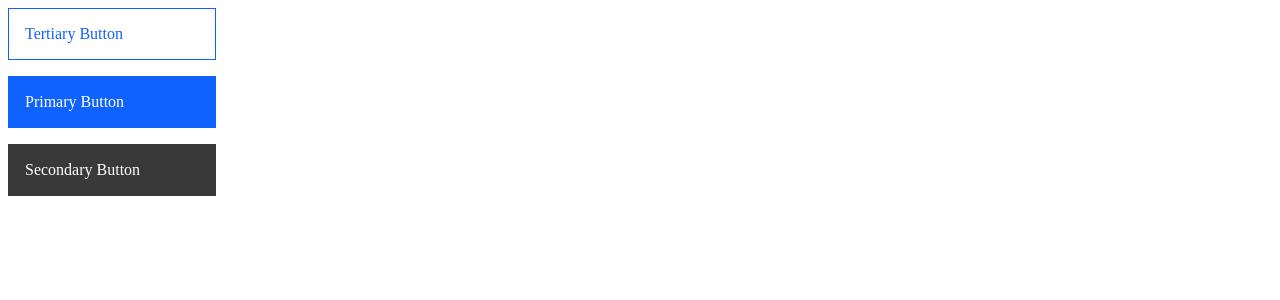
Repository: prav10194/ibm-carbon-components-vanilla
Page: buttons/index.html
An editor plug-in stored every save of this project. The page is shown before and after a run of saves, followed by the edit.
The browser window is 1280 px wide. The pictures show the whole page.
The pointer rests on the first visible `.secondary-button`.
Some web fonts or font styles are not loaded; a fallback is used.

Above is the page before, as saved 2020-11-12 19:42:42.

### buttons/index.html
<!DOCTYPE html>
<html lang="en">
<head>
    <meta charset="UTF-8">
    <meta name="viewport" content="width=device-width, initial-scale=1.0">
    <link rel="shortcut icon" href="./assets/ibm--cloud.svg" />
    <link rel="stylesheet" href="./node_modules/@ibm/plex/css/ibm-plex-sans-kr.css">
    <link rel="stylesheet" href="./node_modules/@ibm/plex/css/ibm-plex.css">
    <link rel="stylesheet" href="./index.css">
    <title>Button examples</title>
</head>
<style>
    .buttondiv > *:not(:first-child) {
        margin-top: 1rem;
    }
</style>
<body>
    <div class="buttondiv" style="display: flex; flex-direction: column;">
        <div class="tertiary-button">Tertiary Button</div>
        <div class="primary-button">Primary Button</div>
        <div class="secondary-button">Secondary Button</div>
    </div>
</body>
</html>

### buttons/index.css
.tertiary-button {
    font-size: 1rem;
    border: 1px solid #0f62fe;
    color: #0f62fe;
    padding: 1rem 4rem 1rem 1rem;
    width: 10%;
    font-family: IBM Plex Sans;
}

.tertiary-button:hover {
    background-color: #0f62fe;
    color: white;
    cursor: pointer;
}

.primary-button {
    font-size: 1rem;
    border: 1px solid #0f62fe;
    background-color: #0f62fe;
    color: white;
    padding: 1rem 4rem 1rem 1rem;
    width: 10%;
    font-family: IBM Plex Sans;
}

.primary-button:hover {
    /* background-color: #0f62fe; */
    /* color: white; */
    background-color: #0d58e4;
    cursor: pointer;
}

.secondary-button {
    font-size: 1rem;
    border: 1px solid #393939;
    background-color: #393939;
    color: white;
    padding: 1rem 4rem 1rem 1rem;
    width: 10%;
    font-family: IBM Plex Sans;
}

Loaded but not shown: fonts/node_modules/@ibm/plex/css/ibm-plex-sans-kr.css (library); fonts/node_modules/@ibm/plex/css/ibm-plex.css (library)

After the next 2 saves:
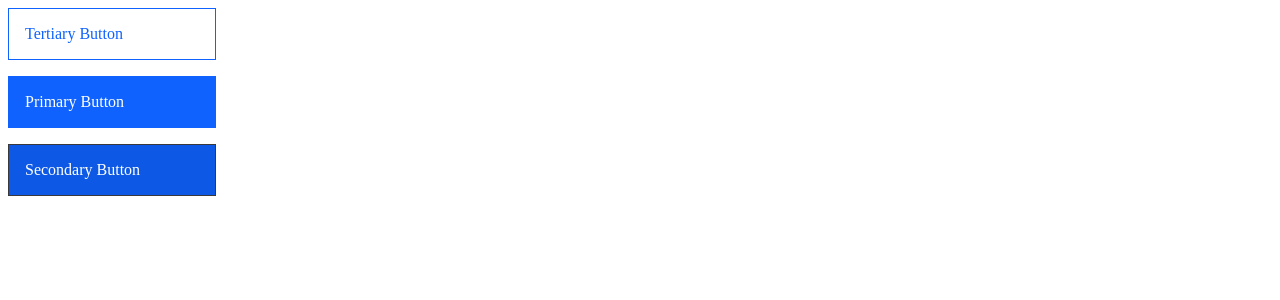
The 2 saves are shown as one change because they came seconds apart.
The last was saved 22 s later.
--- a/buttons/index.css
+++ b/buttons/index.css
@@ -39,3 +39,10 @@
     width: 10%;
     font-family: IBM Plex Sans;
 }
+
+.secondary-button:hover {
+    /* background-color: #0f62fe; */
+    /* color: white; */
+    background-color: #0d58e4;
+    cursor: pointer;
+}

After the save that followed:
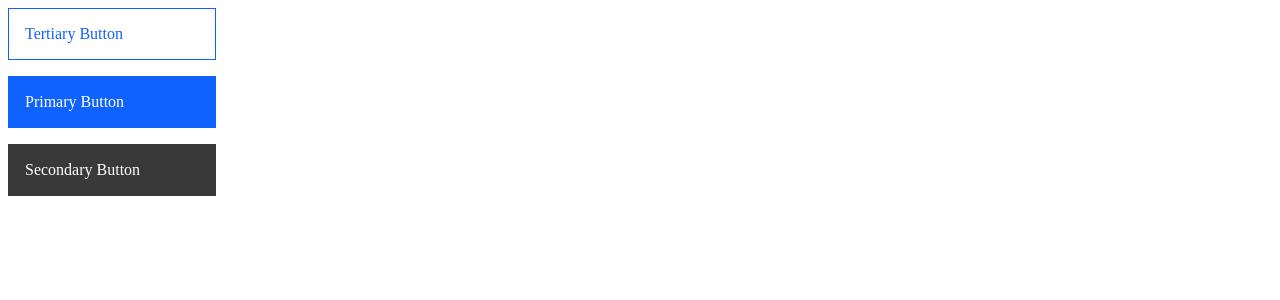
Saved 19 s later.
--- a/buttons/index.css
+++ b/buttons/index.css
@@ -41,8 +41,6 @@
 }
 
 .secondary-button:hover {
-    /* background-color: #0f62fe; */
-    /* color: white; */
-    background-color: #0d58e4;
+    background-color: #393939;
     cursor: pointer;
 }
